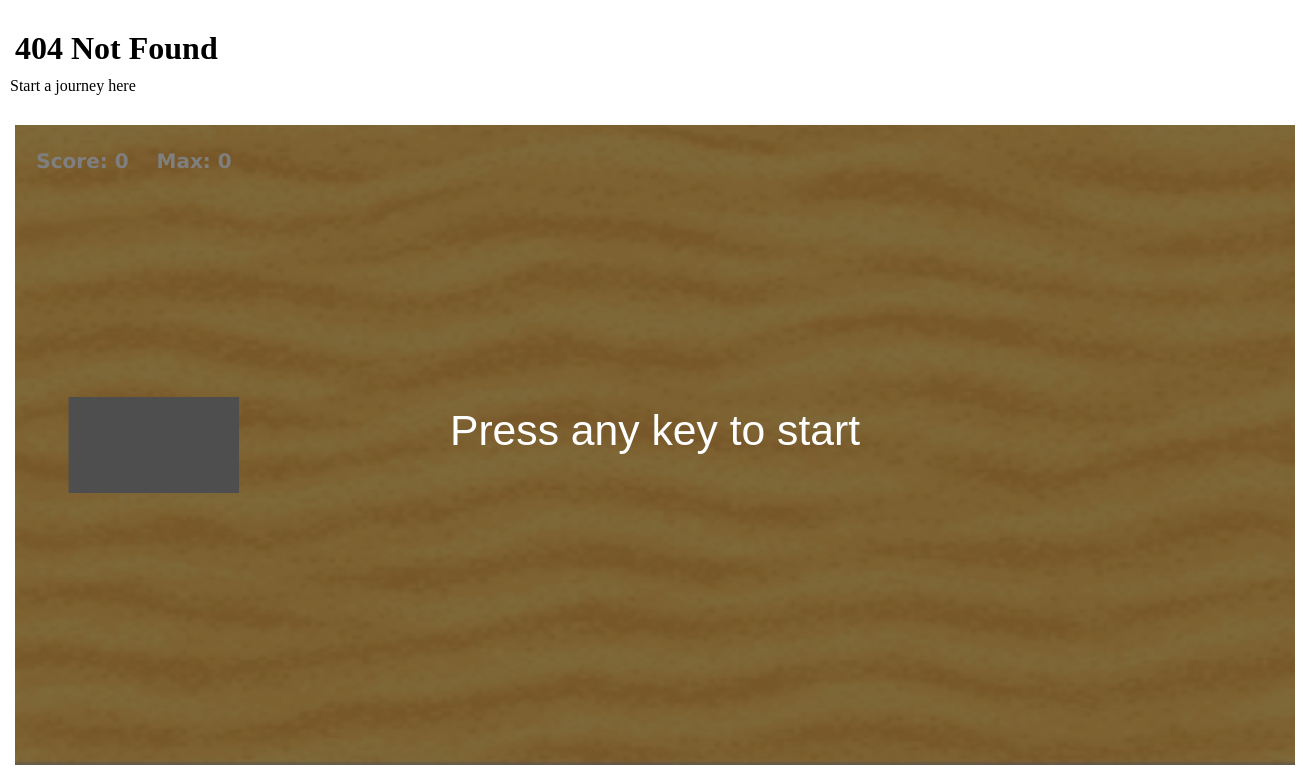
Repository: btgoo/game
Page: car.html
These files come from the project's save history. The page is drawn as it stood at one moment and after a run of saves; the edit follows.
The browser window is 1280 px wide. The page is 1300 px wide, then 1280 px, so the pictures cover 1300 px, including what lies to the right of the window. The pictures show the whole page.

Above is the page before, as saved 2025-10-26 02:48:32.

### car.html
<!DOCTYPE html>
<script src="carscript.js" defer type="module"></script>
<link rel="stylesheet" href="car_style.css">
<html lang="en">
<head>
    <meta charset="UTF-8">
    <meta http-equiv="X-UA-Compatible" content="IE=edge" />
    <meta name="viewport" content="width=device-width, initial-scale=1.0">
    <title>CarGo</title>
</head>
<body>
    <h1>404 Not Found</h1>
    Start a journey here
    <p id="demo"></p>
    <canvas id="game">
    </canvas>
</body>
 </html>

### carscript.js
const canvas = document.getElementById("game");
const ctx = canvas.getContext("2d");

const GAME_WIDTH = 1200;
const GAME_HEIGHT = 600;
const PLAYER_WIDTH = 160;
const PLAYER_HEIGHT = 90;
const CACTI_WIDTH = 78;
const CACTI_Height = 90;

const NUM_LANES = 5;

const obstacleData = [
    {src: "./assets/car_images/cactus_1.png", width:CACTI_WIDTH, height:CACTI_WIDTH},
    {src: "./assets/car_images/cactus_2.png", width:CACTI_WIDTH, height:CACTI_Height},
    {src: "./assets/car_images/cactus_3.png", width:CACTI_WIDTH, height:CACTI_Height},
    {src: "./assets/car_images/cactus_1.png", width:CACTI_WIDTH, height:CACTI_WIDTH},
    {src: "./assets/car_images/cactus_2.png", width:CACTI_WIDTH, height:CACTI_Height},
    {src: "./assets/car_images/cactus_3.png", width:CACTI_WIDTH, height:CACTI_Height},
    {src: "./assets/car_images/tumbleweed.png", width:CACTI_WIDTH, height:CACTI_WIDTH},
    {src: "./assets/car_images/red_car.png", width:PLAYER_WIDTH, height:PLAYER_HEIGHT},
    {src: "./assets/car_images/green_car.png", width:PLAYER_WIDTH, height:PLAYER_HEIGHT},
];

let obstacleImgs = [];
obstacleData.forEach(data => {
    const img = new Image();
    img.src = data.src;
    img.width = data.width;
    img.height = data.height;
    obstacleImgs.push(img);
});

const explosionImg = new Image();
explosionImg.src = "./assets/car_images/explosion_sprite.png";

let explosions = [];

let scaleRatio = null;
let backgroundX = 0;
let gameSpeed = 3;
let speedIncreaseRate = 0.0001;

let gameRunning = false;
let gameOver = false;

let score = 0;
let maxScore = 0;

let car = {
  x: GAME_WIDTH / 24,
  width: PLAYER_WIDTH,
  height: PLAYER_HEIGHT,
  lane: 2,
};

let obstacles = [];
let obstacleTimer = 0;
let obstacleInterval = 80;
let lanes = [];

function setupLanes() {
  const laneHeight = GAME_HEIGHT / NUM_LANES;
  lanes = [];
  for (let i = 0; i < NUM_LANES; i++) {
    lanes.push(laneHeight * i + (laneHeight - car.height) / 2);
  }
  car.y = lanes[car.lane];
}

function getScaleRatio() {
  const screenHeight = Math.min(window.innerHeight, document.documentElement.clientHeight);
  const screenWidth = Math.min(window.innerWidth, document.documentElement.clientWidth);

  if (screenWidth / screenHeight < GAME_WIDTH / GAME_HEIGHT) {
    return screenWidth / GAME_WIDTH;
  } else {
    return screenHeight / GAME_HEIGHT;
  }
}

function setScreen() {
  scaleRatio = getScaleRatio();
  canvas.width = GAME_WIDTH * scaleRatio;
  canvas.height = GAME_HEIGHT * scaleRatio;
  setupLanes();
}

setScreen();
window.addEventListener("resize", () => {
  setScreen();
  drawScene();
});

const backgroundImg = new Image();
backgroundImg.src = "./assets/car_images/background.png";

const carImg = new Image();
carImg.src = "./assets/car_images/blue_car.png";

backgroundImg.onload = requestAnimationFrame(gameLoop);
carImg.onload = () => requestAnimationFrame(gameLoop);

backgroundImg.onload = drawStartScreen;
carImg.onload = drawStartScreen;


function drawStartScreen() {
    drawScene();
    ctx.fillStyle = "rgba(0, 0, 0, 0.5)";
    ctx.fillRect(0, 0, canvas.width, canvas.height);

    ctx.fillStyle = "white";
    ctx.font = `${40 * scaleRatio}px Arial`;
    ctx.textAlign = "center";
    ctx.fillText("Press any key to start", canvas.width / 2, canvas.height / 2);
}

function drawScene() {
    ctx.clearRect(0, 0, canvas.width, canvas.height);

    const bgWidth = canvas.width;
    const bgHeight = canvas.height;
    let bgX = -backgroundX * scaleRatio;

    ctx.drawImage(backgroundImg, bgX, 0, bgWidth, bgHeight);
    ctx.drawImage(backgroundImg, bgX + bgWidth, 0, bgWidth, bgHeight);

    ctx.fillStyle = "white";
    ctx.font = `bold ${20}px Verdana`;
    ctx.textAlign = "left";
    ctx.fillText(`Score: ${score}    Max: ${maxScore}`, 20 * scaleRatio, 40 * scaleRatio);

    if (backgroundX * scaleRatio >= bgWidth) backgroundX = 0;

    obstacles.forEach((ob) => {
        ctx.drawImage(
        ob.img,
        ob.x * scaleRatio,
        ob.y * scaleRatio,
        ob.width * scaleRatio,
        ob.height * scaleRatio
        );
    });

    if (!gameOver) {
        ctx.drawImage(
            carImg,
            car.x * scaleRatio,
            car.y * scaleRatio,
            car.width * scaleRatio,
            car.height * scaleRatio
        );
    }
    explosions.forEach((ex, i) => {
        const frameWidth = explosionImg.width / ex.maxFrames;
        const frameHeight = explosionImg.height;

        ctx.drawImage(
            explosionImg,
            frameWidth * ex.frame,
            0,
            frameWidth,
            frameHeight,
            ex.x * scaleRatio,
            ex.y * scaleRatio,
            ex.width * scaleRatio,
            ex.height * scaleRatio
        );

        ex.tick++;
        if (ex.tick % ex.frameSpeed === 0) {
            ex.frame++;
        }
        if (ex.frame >= ex.maxFrames) {
            explosions.splice(i, 1);
        }
    });
    if (gameOver) {
        ctx.fillStyle = "rgba(0, 0, 0, 0.6)";
        ctx.fillRect(0, 0, canvas.width, canvas.height);
        ctx.fillStyle = "white";
        ctx.font = `${60 * scaleRatio}px Arial Black`;
        ctx.textAlign = "center";
        ctx.fillText("GAME OVER", canvas.width / 2, canvas.height / 2);
        ctx.font = `${30 * scaleRatio}px Arial`;
        ctx.fillText("Press any key to restart", canvas.width / 2, canvas.height / 2 + 60 * scaleRatio);
    }
}

function gameLoop() {
    if (gameRunning && !gameOver) {
        backgroundX += gameSpeed;

        obstacleTimer++;
        if (obstacleTimer > obstacleInterval) {
            spawnObstacle();
            obstacleTimer = 0;
            obstacleInterval = 100 + Math.random() * 10;
        }

        obstacles.forEach((ob) => {
            ob.x -= gameSpeed;

            if (!ob.counted && ob.x + ob.width < car.x) {
                score++;
                ob.counted = true;

                if (score > maxScore) {
                    maxScore = score;
                }
            }
        });

        obstacles = obstacles.filter((ob) => ob.x + ob.width > 0);

        checkCollisions();

        gameSpeed += speedIncreaseRate;

        drawScene();
    }
    requestAnimationFrame(gameLoop);
}
requestAnimationFrame(gameLoop);

function checkCollisions() {
    obstacles.forEach((ob, index) => {
      const carLeft = car.x;
      const carRight = car.x + car.width;
      const carTop = car.y;
      const carBottom = car.y + car.height;

      const obLeft = ob.x;
      const obRight = ob.x + ob.width-10;
      const obTop = ob.y;
      const obBottom = ob.y + ob.height;

      const horizontalOverlap = carLeft < obRight && carRight > obLeft;
      const verticalOverlap = carTop < obBottom && carBottom > obTop;

      if (horizontalOverlap && verticalOverlap) {
        spawnExplosion(car.x, car.y, car.width, car.height);
        setTimeout(setGameOver, 100);
      }
    });
}

function setGameOver(){
    gameRunning = false;
    gameOver = true
    drawScene();
}

function spawnObstacle() {
    const lane = Math.floor(Math.random() * NUM_LANES);
    const imgIndex = Math.floor(Math.random() * obstacleImgs.length);
    const chosenImg = obstacleImgs[imgIndex];

    const newObstacle = {
        x: GAME_WIDTH + 50,
        y: lanes[lane],
        width: chosenImg.width,
        height: chosenImg.height,
        lane: lane,
        img: chosenImg
    };
    obstacles.push(newObstacle);
}

function spawnExplosion(x, y, width, height) {
    explosions.push({
        x: x,
        y: y,
        width: width,
        height: height,
        frame: 0,
        maxFrames: 15,
        frameSpeed: 3,
        tick: 0
    });
}

window.addEventListener("keydown", (e) => {
    if (!gameRunning && !gameOver) {
      // start
      gameRunning = true;
        obstacles = [];
        explosions = [];
        backgroundX = 0;
        gameSpeed = 3;
        score = 0;
        drawScene();
    } else if (gameOver) {
      // restart
        gameOver = false;
        gameRunning = true;
        backgroundX = 0;
        obstacles = [];
        explosions = [];
        gameSpeed = 3;
        score = 0;
    } else {
      // move car if running
      if (e.key === "ArrowUp" && car.lane > 0) {
        car.lane--;
      } else if (e.key === "ArrowDown" && car.lane < NUM_LANES - 1) {
        car.lane++;
      }
      car.y = lanes[car.lane];
    }
});

### car_style.css
* {
    padding: 5px;
    padding-top: 10px;
    padding-bottom: 10px;
    margin: 0px;
}
body{
    padd
    display:flex;
    flex-direction: column;
    height: 100vh;

    user-select: none;
    touch-action: none;
    -webkit-touch-callout: none;
    -webkit-user-select: none;
    -khtml-user-select: none;
    -moz-user-select: none;
    -ms-user-select: none;
    user-select: none;
    outline: none;
    -webkit-tap-highlight-color: rgba(255, 255, 255, 0);
}

After the next 3 saves:
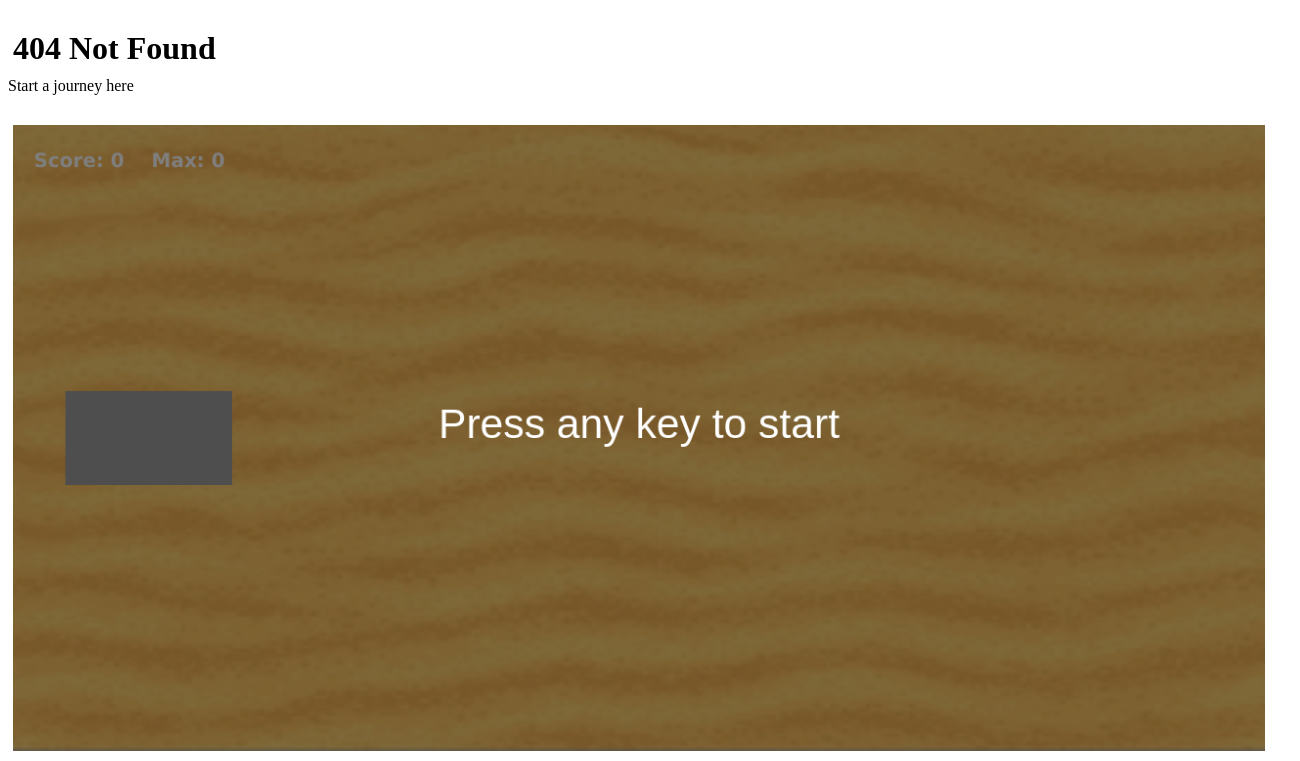
The 3 saves are shown as one change because they came seconds apart.
The last was saved 8 s later.
--- a/car_style.css
+++ b/car_style.css
@@ -5,7 +5,7 @@
     margin: 0px;
 }
 body{
-    padd
+    padding-left: 3px;
     display:flex;
     flex-direction: column;
     height: 100vh;
